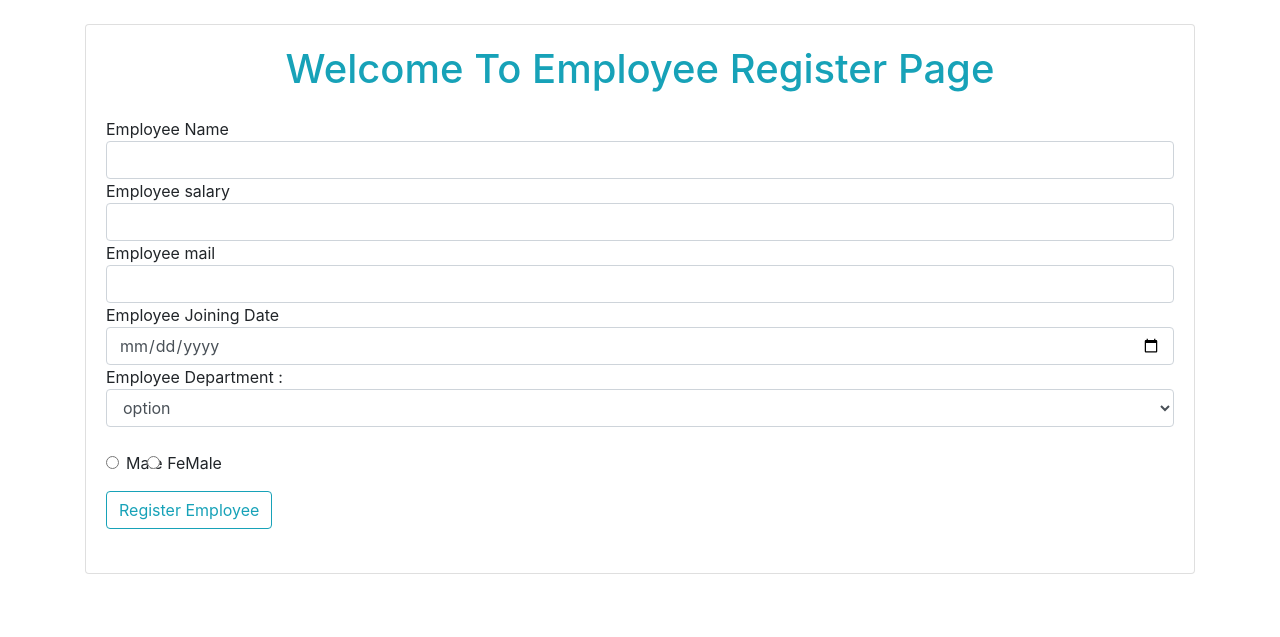
Repository: lokeshsukhwal/EmployeeMiniProject
Page: http://localhost/EmployeeRegister
These files come from the project's save history. The page is drawn as it stood at one moment and after the next save; the edit follows.
The browser window is 1280 px wide. The pictures show the whole page.
The page is this project's Thymeleaf template; nobody is signed in. The template is opened directly, without the code that normally fills it, so the values that code supplies are empty.

Above is the page before, as saved 2023-01-18 14:34:08.

After the next save:
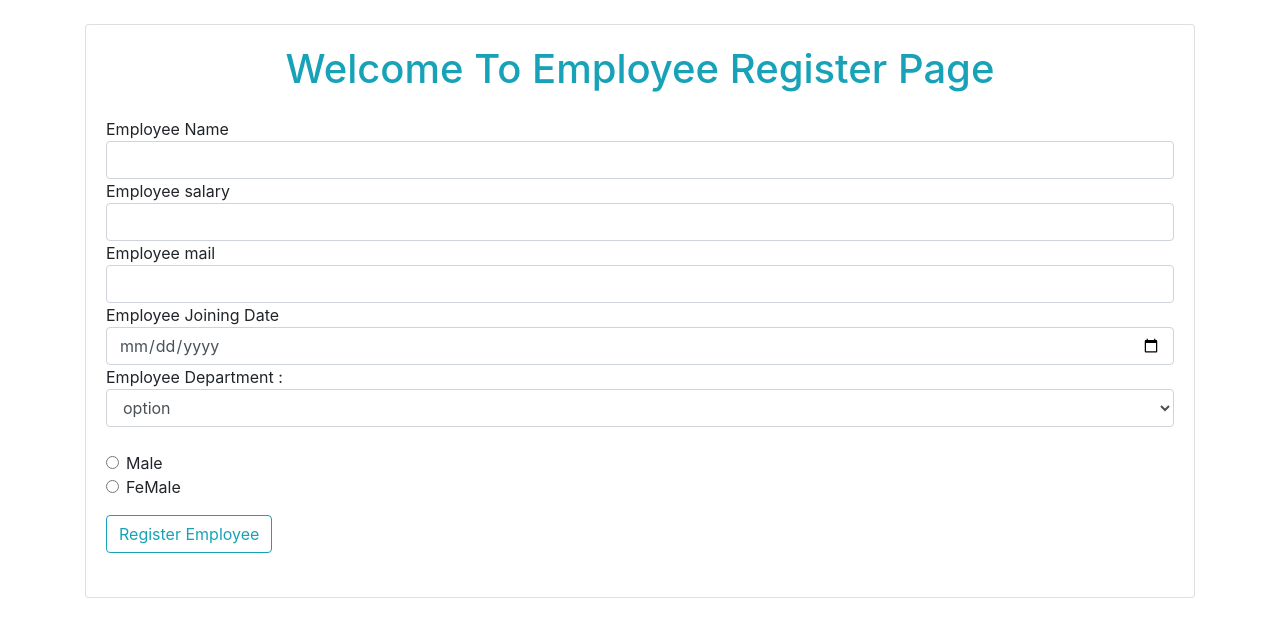
Saved 20 s later.
--- a/SpringBootMvc-ThymeleafMySqlCrudMiniProject/src/main/resources/templates/EmployeeRegister.html
+++ b/SpringBootMvc-ThymeleafMySqlCrudMiniProject/src/main/resources/templates/EmployeeRegister.html
@@ -25,7 +25,7 @@
 								  </select> <br>
 					<div class="form-check">
 						<label class="form-check-label">
-						 <input type="radio"class="form-check-input" name="empGender" value="male">Male
+						 <input type="radio"class="form-check-input" name="empGender" value="male">Male <br>
 						 <input type="radio"class="form-check-input" name="empGender"value="female">FeMale
 						</label>
 					</div>
